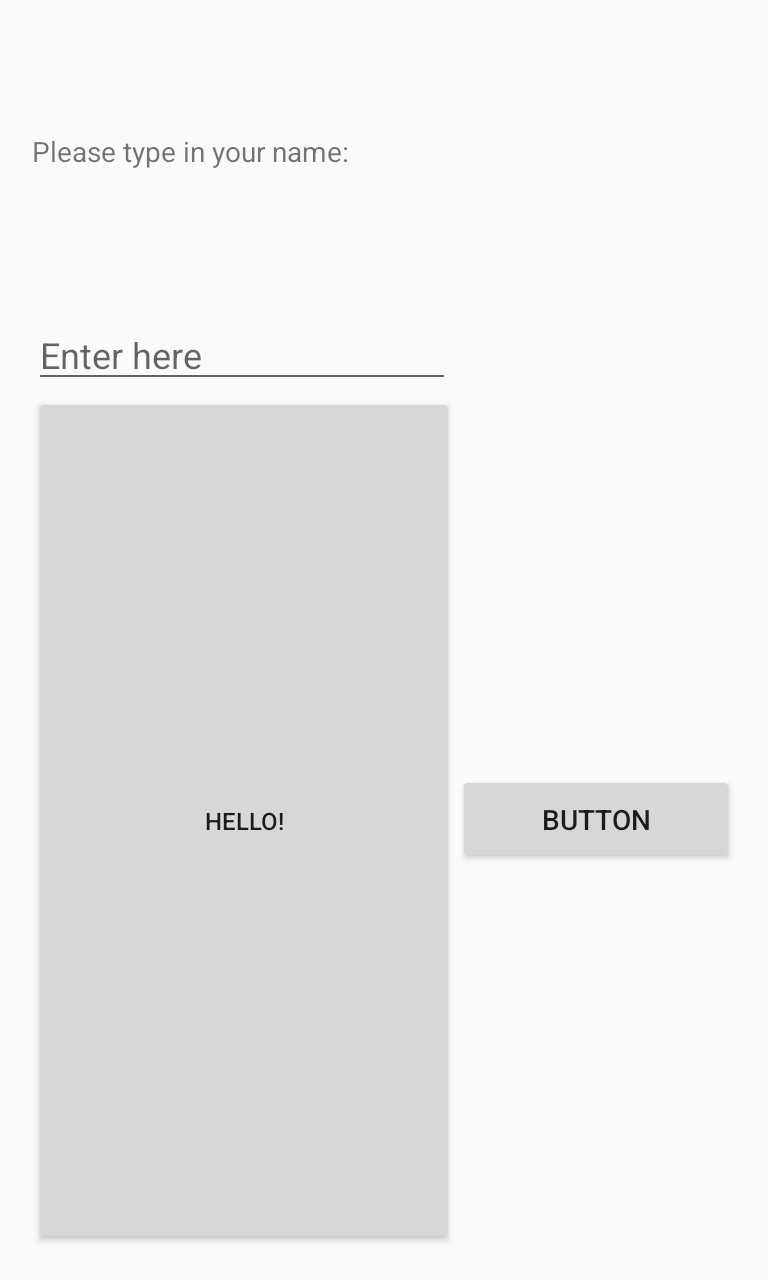
Repository: echolomaniac/HelloWorld
Layout: HelloWorld/res/layout/fragment_main.xml
The author's editor kept a copy of each file at every save. The layout is drawn from the files as they stood at one save, then again after the next save.
It is drawn on a 768 x 1280 px phone screen (xhdpi) without system bars, with theme AppBaseTheme; the app's code is not run.

Above is the layout before, as saved 2014-05-06 05:52:16.

### HelloWorld/res/layout/fragment_main.xml
<RelativeLayout xmlns:android="http://schemas.android.com/apk/res/android"
    xmlns:tools="http://schemas.android.com/tools"
    android:layout_width="match_parent"
    android:layout_height="match_parent"
    android:paddingBottom="@dimen/activity_vertical_margin"
    android:paddingLeft="@dimen/activity_horizontal_margin"
    android:paddingRight="@dimen/activity_horizontal_margin"
    android:paddingTop="@dimen/activity_vertical_margin"
    tools:context="com.example.helloworld.MainActivity$PlaceholderFragment" >

    <LinearLayout
        android:id="@+id/linearLayout1"
        android:layout_width="fill_parent"
        android:layout_height="fill_parent"
        android:layout_alignParentLeft="true"
        android:orientation="vertical" >

        <TextView
            android:id="@+id/textView1"
            android:layout_width="wrap_content"
            android:layout_height="wrap_content"
            android:layout_marginTop="50dp"
            android:text="@string/enter_name" />

        <EditText
            android:id="@+id/editText1"
            android:layout_width="wrap_content"
            android:layout_height="wrap_content"
            android:layout_marginTop="70dp"
            android:ems="10"
            android:hint="@string/hint_enter_name" />

        <LinearLayout
            android:layout_width="fill_parent"
            android:layout_height="0dp"
            android:layout_weight="0.01" >

            <Button
                android:id="@+id/button1"
                android:layout_width="160dp"
                android:layout_height="match_parent"
                android:layout_weight="0.46"
                android:text="@string/hello_button"
                android:textSize="12sp" />

            <Button
                android:id="@+id/button2"
                android:layout_width="wrap_content"
                android:layout_height="wrap_content"
                android:layout_weight="0.46"
                android:text="Button" />

        </LinearLayout>

    </LinearLayout>

</RelativeLayout>

### HelloWorld/res/values/strings.xml
<?xml version="1.0" encoding="utf-8"?>
<resources>

    <string name="app_name">HelloWorld</string>
    <string name="hello_world">Hello world!</string>
    <string name="action_settings">Settings</string>
    <string name="enter_name">Please type in your name:</string>
    <string name="hello_button">Hello!</string>
    <string name="hint_enter_name">Enter here</string>

</resources>

Loaded but not shown: HelloWorld/res/values-v11/styles.xml (common file); HelloWorld/res/values-v14/styles.xml (common file); HelloWorld/res/values/styles.xml (common file); HelloWorld/res/values/dimens.xml (common file); HelloWorld/res/values-w820dp/dimens.xml (common file)

After the next save:
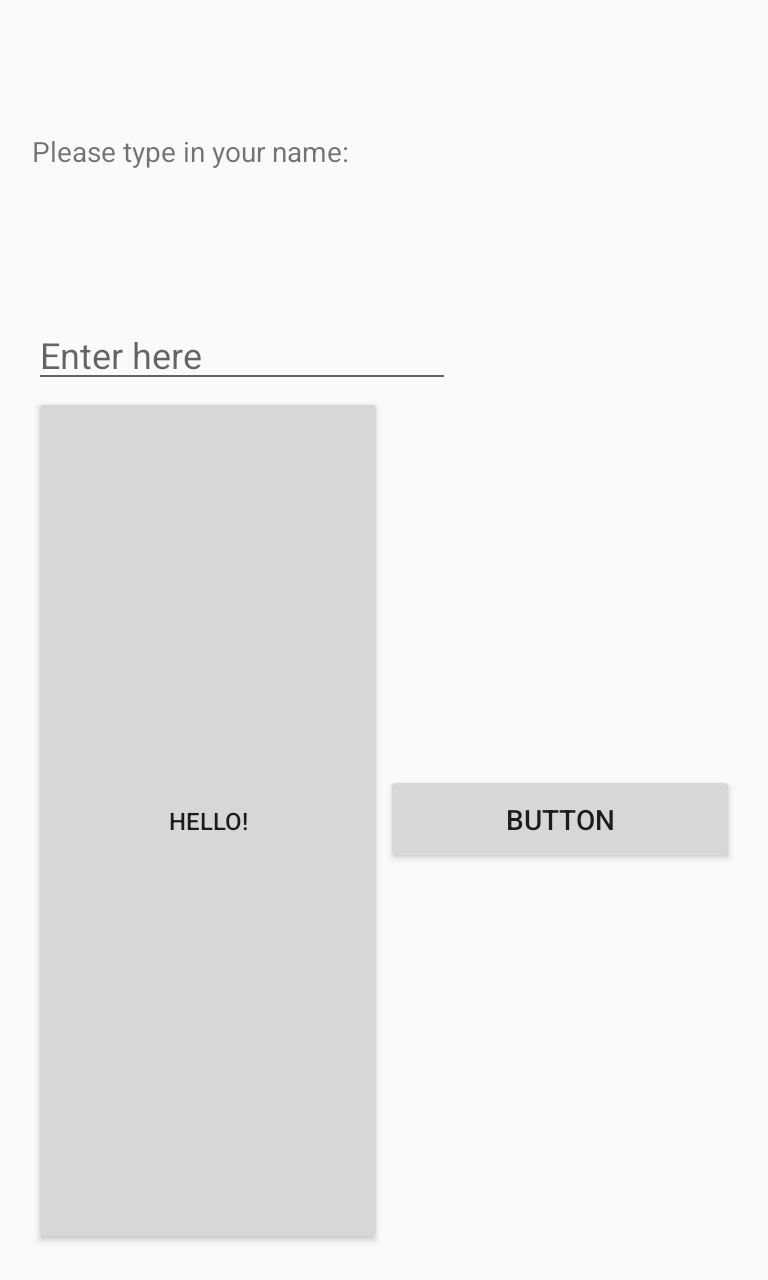
Saved 5 s later.
--- a/HelloWorld/res/layout/fragment_main.xml
+++ b/HelloWorld/res/layout/fragment_main.xml
@@ -45,7 +45,7 @@
 
             <Button
                 android:id="@+id/button2"
-                android:layout_width="wrap_content"
+                android:layout_width="160dp"
                 android:layout_height="wrap_content"
                 android:layout_weight="0.46"
                 android:text="Button" />
